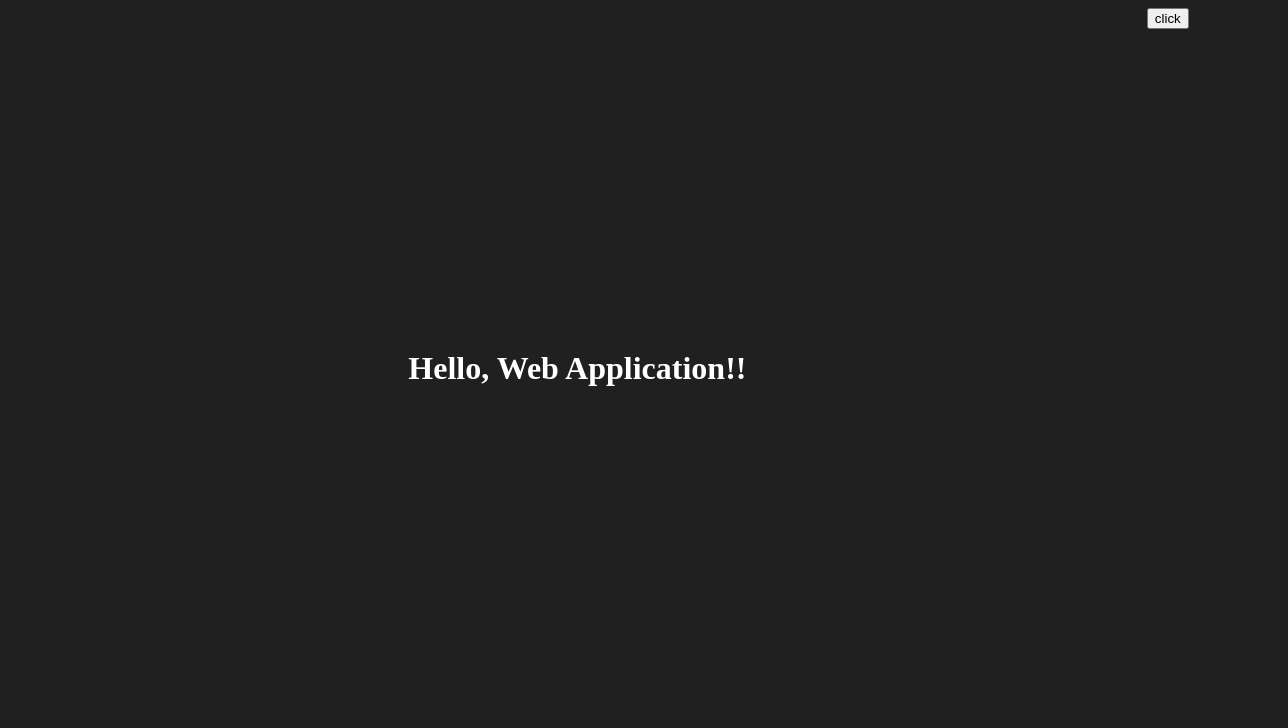
Repository: meanz1/SE_SleepWithMe
Page: SmartTVWorkspace/testapp/index.html
These files come from the project's save history. The page is drawn as it stood at one moment and after the next save; the edit follows.
The browser window is 1280 px wide. The page is 1288 px wide, so the pictures cover 1288 px, including what lies to the right of the window. The pictures show the whole page.

Above is the page before, as saved 2021-11-06 21:59:24.
Console error: ReferenceError: WebOSServiceBridge is not defined

After the next save:
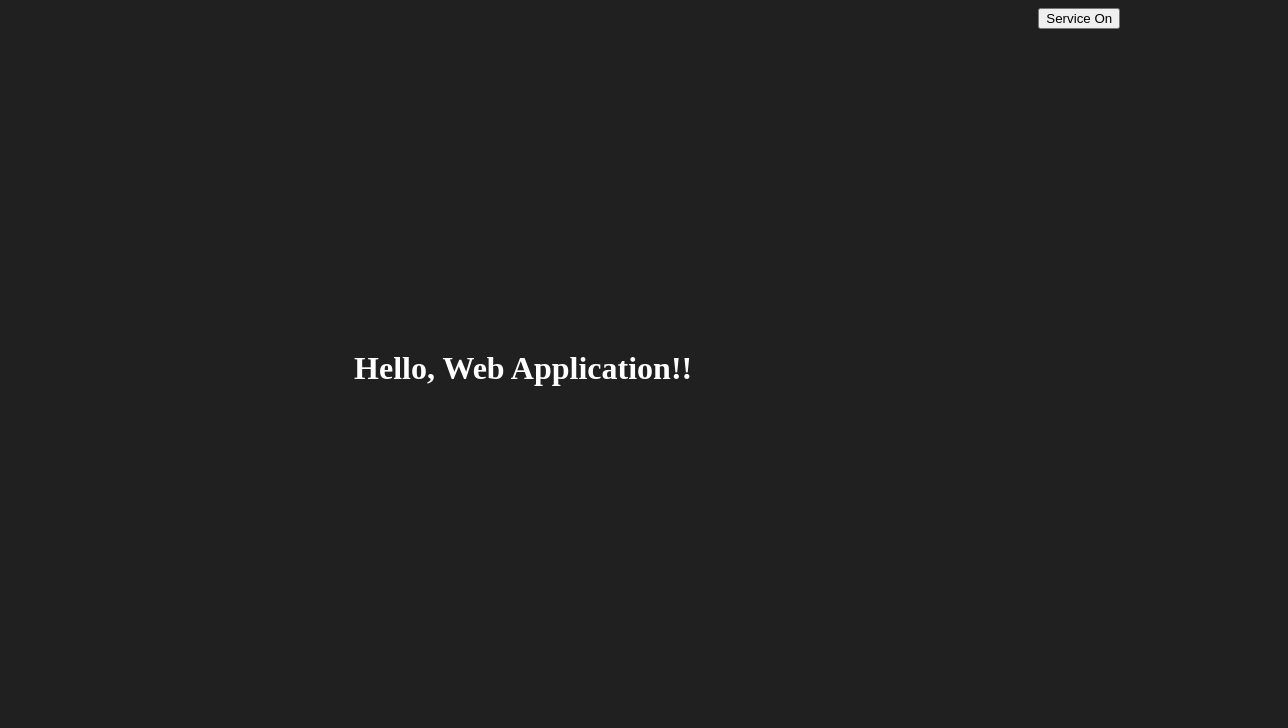
Saved 2 min 50 s later.
--- a/SmartTVWorkspace/testapp/index.html
+++ b/SmartTVWorkspace/testapp/index.html
@@ -30,9 +30,9 @@ SPDX-License-Identifier: Apache-2.0
 <script type="text/javascript">
     var bridge = new WebOSServiceBridge();
 
-    function callMyService() {
+    function serviceOn() {
         console.log("call my service");
-        const url = 'luna://com.cosmos.team3.app.service/hello';
+        const url = 'luna://com.testapp.app.testsrv/serviceOn';
         const params = {};
         bridge.onservicecallback = (msg) => {
             console.log(msg);
@@ -47,7 +47,7 @@ SPDX-License-Identifier: Apache-2.0
 <body>
     <div>
         <h1 id="txt_msg">Hello, Web Application!!</h1>
-        <button onclick="callMyService()">click</button>
+        <button id="on" onclick="serviceOn()">Service On</button>
     </div>
 </body>
 </html>
